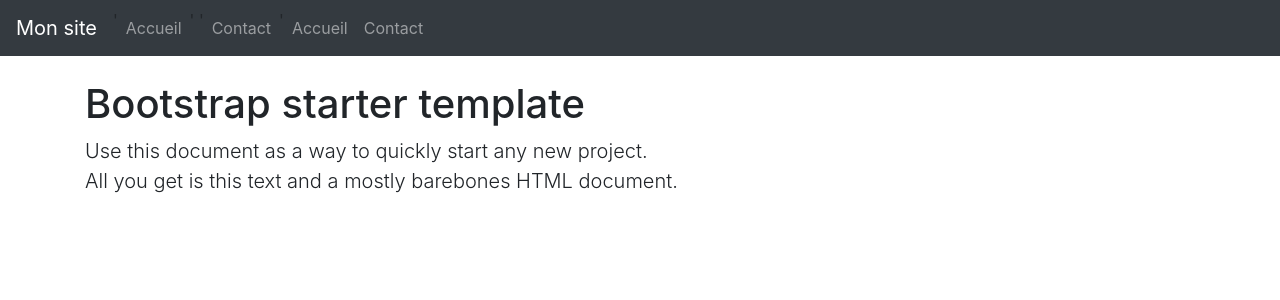
Repository: Alex-Serky/Backend_PHP
Page: http://localhost/
These files come from the project's save history. The page is drawn as it stood at one moment and after the next save; the edit follows.
The browser window is 1280 px wide. The pictures show the whole page.
Some web libraries are served in a nearby version. The page is run by PHP 8.4 with error messages shown; the project is at /var/www/html/.

Above is the page before, as saved 2020-07-20 17:06:14.

After the next save:
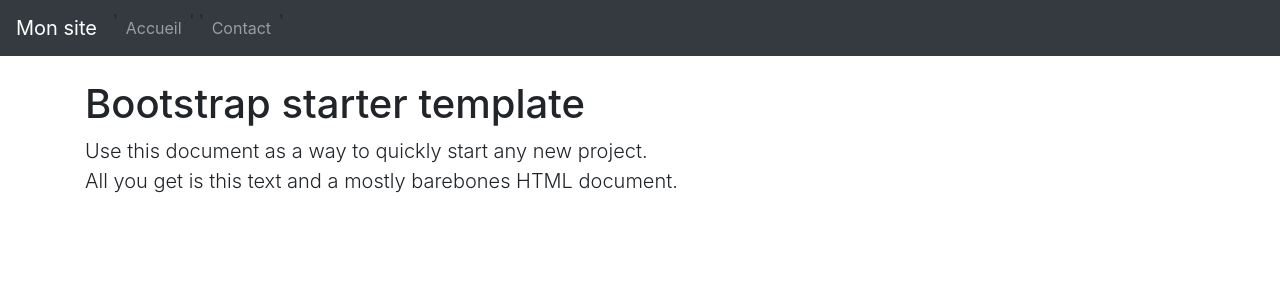
Saved 2 min 26 s later.
--- a/header.php
+++ b/header.php
@@ -47,14 +47,8 @@ HTML;
 
         <div class="collapse navbar-collapse" id="navbarsExampleDefault">
             <ul class="navbar-nav mr-auto">
-                <?= nav_item('./index.php', 'Accueil') ?>
-                <?= nav_item('./contact.php', 'Contact') ?>
-                <li class="nav-item <?php if($_SERVER['SCRIPT_NAME'] === './index.php'): ?>active<?php endif; ?>">
-                    <a class="nav-link" href="./index.php">Accueil</a>
-                </li>
-                <li class="nav-item <?php if($_SERVER['SCRIPT_NAME'] === './contact.php'): ?>active<?php endif; ?>">
-                    <a class="nav-link" href="./contact.php">Contact</a>
-                </li>
+                <?= nav_item('../index.php', 'Accueil') ?>
+                <?= nav_item('../contact.php', 'Contact') ?>
             </ul>
         </div>
     </nav>
